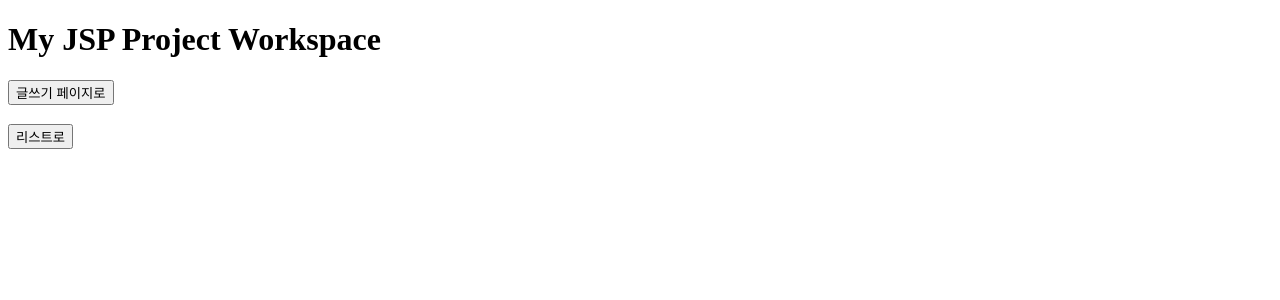
Repository: gajami-kim/240430_JSPJSTL_Study
Page: http://localhost/jsp_study2/index.jsp
The author's editor kept a copy of each file at every save. The page is drawn from the files as they stood at one save, then again after a run of saves.
The browser window is 1280 px wide. The pictures show the whole page.
The page is served by Tomcat 9. Other server files are loaded and not shown.

Above is the page before, as saved 2024-04-16 06:43:02.

### _jsp_workspace2/jsp_study2/src/main/webapp/index.jsp
<%@ page language="java" contentType="text/html; charset=UTF-8"
    pageEncoding="UTF-8"%>
<!DOCTYPE html>
<html>
<head>
<meta charset="UTF-8">
<title>Insert title here</title>
</head>
<body>
	<h1>My JSP Project Workspace</h1>
	<h3> <a href="/brd/register"> <button>글쓰기 페이지로</button></a> </h3>
	<h3> <a href="/brd/list"> <button>리스트로</button> </a> </h3>
</body>
</html>

After the next 2 saves:
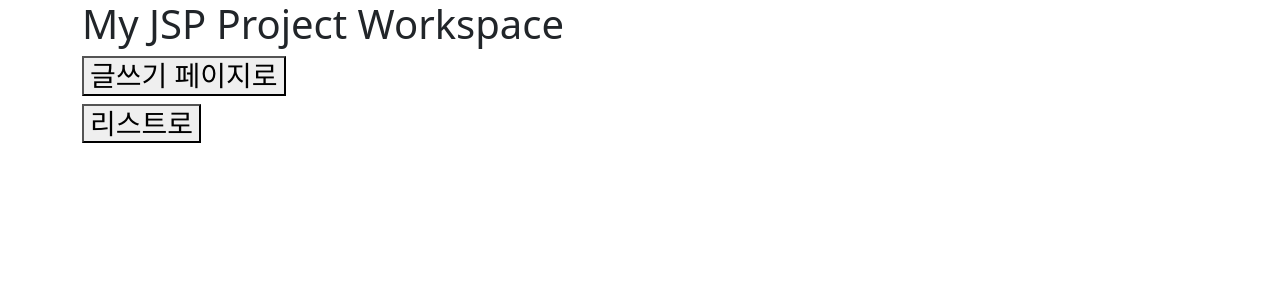
The 2 saves are shown as one change because they came seconds apart.
The last was saved 41 s later.
--- a/_jsp_workspace2/jsp_study2/src/main/webapp/index.jsp
+++ b/_jsp_workspace2/jsp_study2/src/main/webapp/index.jsp
@@ -5,10 +5,14 @@
 <head>
 <meta charset="UTF-8">
 <title>Insert title here</title>
+<link href="https://cdn.jsdelivr.net/npm/bootstrap@5.3.3/dist/css/bootstrap.min.css" rel="stylesheet" integrity="sha384-QWTKZyjpPEjISv5WaRU9OFeRpok6YctnYmDr5pNlyT2bRjXh0JMhjY6hW+ALEwIH" crossorigin="anonymous">
+<script src="https://cdn.jsdelivr.net/npm/bootstrap@5.3.3/dist/js/bootstrap.bundle.min.js" integrity="sha384-YvpcrYf0tY3lHB60NNkmXc5s9fDVZLESaAA55NDzOxhy9GkcIdslK1eN7N6jIeHz" crossorigin="anonymous"></script>
 </head>
 <body>
+<div class="container-sm">
 	<h1>My JSP Project Workspace</h1>
 	<h3> <a href="/brd/register"> <button>글쓰기 페이지로</button></a> </h3>
 	<h3> <a href="/brd/list"> <button>리스트로</button> </a> </h3>
+</div>
 </body>
 </html>
